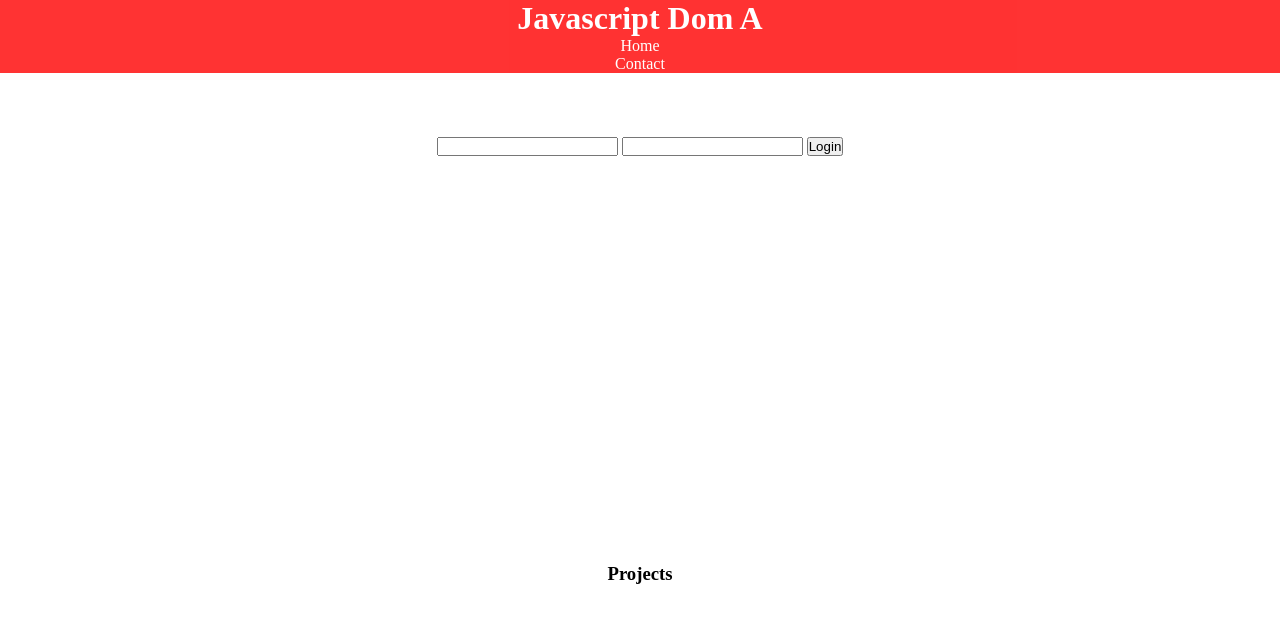
Repository: haakanerol/haakanerol
Page: Js.ass1/index.html
These files come from the project's save history. The page is drawn as it stood at one moment and after a run of saves; the edit follows.
The browser window is 1280 px wide. The pictures show the whole page.

Above is the page before, as saved 2024-02-25 15:55:07.

### Js.ass1/index.html
<!DOCTYPE html>
<html lang="en">
<head>
    <meta charset="UTF-8">
    <meta name="viewport" content="width=device-width, initial-scale=1.0">
    <title>Document</title>
    <style>
        * {
            margin: 0;
            padding: 0;
            box-sizing: border-box;
        }
        main {
            display: flex;
            flex-direction: column;
            justify-content: space-between;
            align-items: center;
            height: 80vh;
            padding: 4rem;
        }
    </style>
</head>
<body>
    <header class="header">
        <h1 id="title">aaa</h1>
        <nav>
            <ul class="nav-item">
                <li id="home">Home</li>
                <li>Contact</li>
            </ul>
        </nav>
    </header>
    <main>
        <section>
            <input type="text" id="username">
            <input type="password" id="password">
            <button class="btn">Login</button>
        </section>
        <section id="projects">
            <h3>Projects</h3>
            <ul>
            </ul>
        </section>
    </main>
    <script src="app.js"></script>
</body>
</html>

### Js.ass1/app.js
newHeader = document.querySelector(".header")
newHeader.style.backgroundColor = "red"
newHeader.style.opacity = "0.8"
newHeader.style.color = "white"
newHeader.style.textAlign = "center"

newTitle = document.getElementById("title")
newTitle.textContent = "Javascript Dom A"

After the next 2 saves:
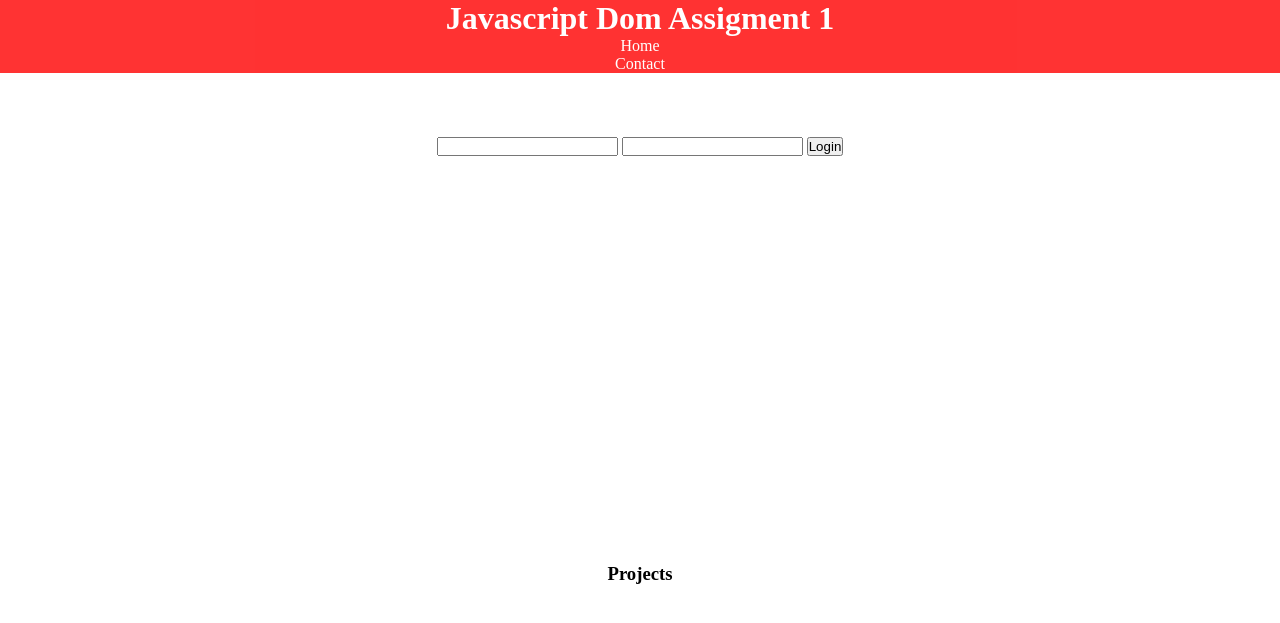
The 2 saves are shown as one change because they came seconds apart.
The last was saved 6 s later.
--- a/Js.ass1/app.js
+++ b/Js.ass1/app.js
@@ -5,4 +5,4 @@ newHeader.style.color = "white"
 newHeader.style.textAlign = "center"
 
 newTitle = document.getElementById("title")
-newTitle.textContent = "Javascript Dom A"
+newTitle.textContent = "Javascript Dom Assigment 1"
